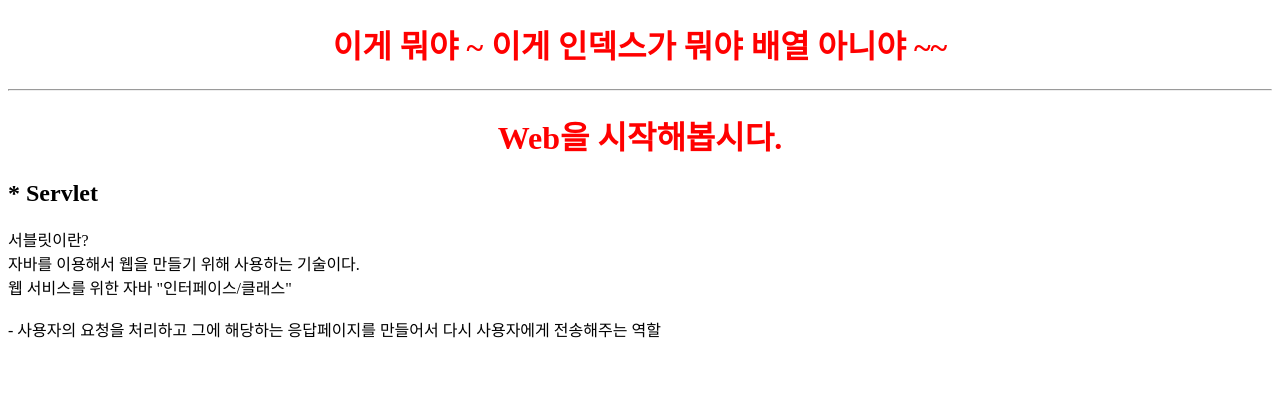
Repository: MiadongDeersfeet/webservice
Page: MyFirstWebProject/src/main/webapp/index.html
These files come from the project's save history. The page is drawn as it stood at one moment and after the next save; the edit follows.
The browser window is 1280 px wide. The pictures show the whole page.

Above is the page before, as saved 2025-09-22 07:15:57.

### MyFirstWebProject/src/main/webapp/index.html
<!DOCTYPE html>
<html>
<head>
<meta charset="UTF-8">
<title>안녕하세요 인 덱스입니다.</title>
<style>
h1 {
	color : red;
	text-align: center;
}
</style>
</head>
<body>
<!--
	1) 새로운 워크스페이스를 만들어서 이클립스로 열기

	2) 작업 환경 구성

		2_1) 보여질 U.I를 구성

		2_2) 서버 실행환경 구성[Window - Preferences]
		(Server - Runtime Environments)
		이클립스 상에서 서버를 실행할 수 있도록 실행환경을 연동하는 과정
		Add버튼 클릭 -> 설치한 ApacheTomcat과 동일한 버전 선택 -> Next버튼 클릭
		-> Browse버튼 클릭 -> 설치한 톰캣 폴더 선택 -> Finish버튼 클릭

	3) 서버 생성하기

		3_1) [Servers] - [New] - {Server}

		3_2) 창에 기본적으로 2_2에서 세팅해놓은 Runtime이 잡혀있을 것

		3_3) Finish버튼 클릭

		3_4) 서버 세팅하기(만들어진 서버 더블클릭)

			3_4_1) 왼쪽하단에 ServerOption탭에 Serve Module Publishing 체크
			=> file upload / download 경로 지정이 운영체제 상 숨김폴더로 지정
			=> 이것을 숨김폴더가 아니라 우리 프로젝트 폴더에서 직접 관리하려고 하는 겁니다.

			3_4_2) 포트번호를 바꿔야한다면 재설정 => 작업이 끝나면 "반드시" 저장

		4) Dynamic Web Project 만들기 [Project Explorer - new]

			4_1) 프로젝트명 신중하게 만들기 - Next

			4_2) default output folder 경로 재설정 :
				src/main/webapp/WEB_INF/classes
			=> classes라는 폴더 안에 컴파일이 끝난 .class파일이 들어감
			WEB-INF 안에 만들어두지 않으면 외부에서 접근이 가능하기 때문에 보안상 위험함

			4_3) Context root : 애플리케이션만의 고유한 이름으로 지어줄 것(기본값 : 프로젝트명)
			재정의해서 쓰는 것이 보편적이고 실제로 자주 바뀔 수 있음
			=> 하나의 서버로 여러 개의 애플리케이션을 구동할 수 있음
			고유한 이름을 통해 애플리케이션에 접근하는 경로로 사용할 수 있음

			Content Directory : 실제로 배포되는 폴더(서버에 올라가는 폴더)의 최상위 폴더명!
			=> 변경 시 default output folder로 돌아가서 그 쪽도 변경해야함

			Generate web.xml deployment descriptor : 기본적으로는 체크가 안돼있음
			=> web.xml에는 애플리케이션 전체 정보가 들어있음(메인페이지 지정)
			굳이 바꿀 일 없어~~~하면은 안만들어도 무방
			혹시나 수정을 할 수도 있고 공부를 해야하니까 꼭 만들자!!!!

			Finish 버튼 클릭

			5) 새로 만들어진 Project 확인하기

				5_1) src - main - webapp - 'WEB-INF' - classes 폴더 잘 있나

				5_2) src - main - webapp - 'WEB-INF' - web.xml 잘 있나

				5_3) src - main - webapp - index.html파일 만들기

			6) 생성해놓은 Server에 올리기

				[Servers] -> Server 오른쪽 클릭 -> Add and Remove -> 왼쪽에서 선택 후 클릭 -> Finish

			7) 서버 실행 잘 되는 거 확인했으면 브라우저 켜서 URL요청 보내서 index 파일 잘 나오나 확인

 -->


	<h1>이게 뭐야 ~ 이게 인덱스가 뭐야 배열 아니야 ~~</h1>

	<hr>

	<h1>Web을 시작해봅시다.</h1>

	<h2>* Servlet </h2>

	<p>
		서블릿이란? <br>
		자바를 이용해서 웹을 만들기 위해 사용하는 기술이다. <br>
		웹 서비스를 위한 자바 "인터페이스/클래스" <br><br>

		- 사용자의 요청을 처리하고 그에 해당하는 응답페이지를 만들어서
		  다시 사용자에게 전송해주는 역할

	</p>



</body>
</html>

After the next save:
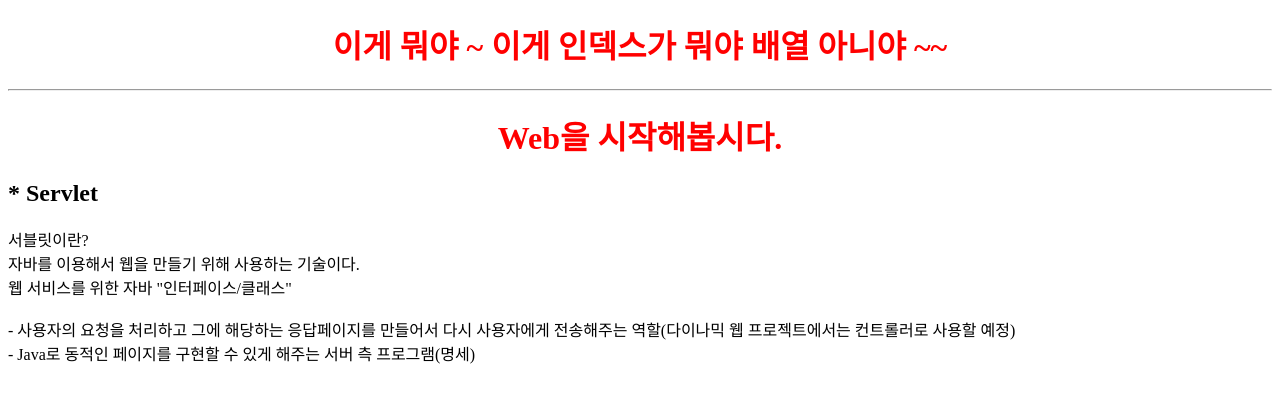
Saved 80 s later.
--- a/MyFirstWebProject/src/main/webapp/index.html
+++ b/MyFirstWebProject/src/main/webapp/index.html
@@ -95,8 +95,8 @@ h1 {
 		웹 서비스를 위한 자바 "인터페이스/클래스" <br><br>
 
 		- 사용자의 요청을 처리하고 그에 해당하는 응답페이지를 만들어서
-		  다시 사용자에게 전송해주는 역할
-
+		  다시 사용자에게 전송해주는 역할(다이나믹 웹 프로젝트에서는 컨트롤러로 사용할 예정) <br>
+		- Java로 동적인 페이지를 구현할 수 있게 해주는 서버 측 프로그램(명세) <br>
 	</p>
 
 
